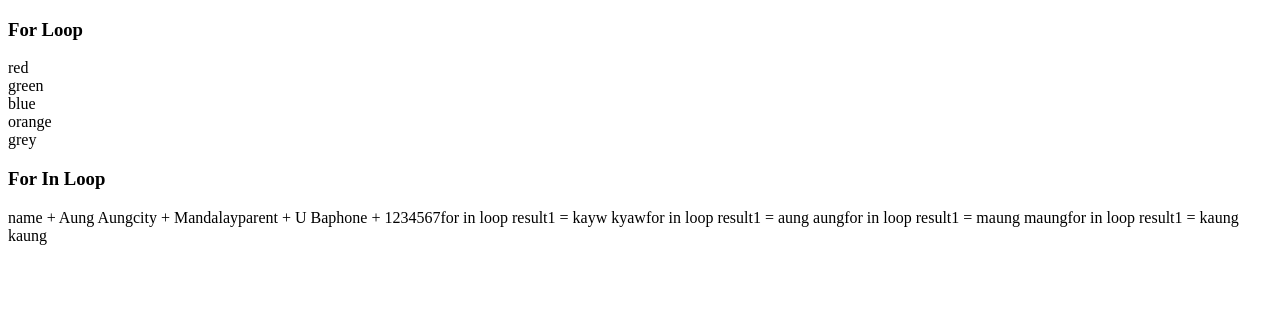
Repository: hsumyatm7308/es6batch1
Page: l3iteration.html
The author's editor kept a copy of each file at every save. The page is drawn from the files as they stood at one save, then again after the next save.
The browser window is 1280 px wide. The pictures show the whole page.

Above is the page before, as saved 2023-12-03 21:21:10.

After the next save:
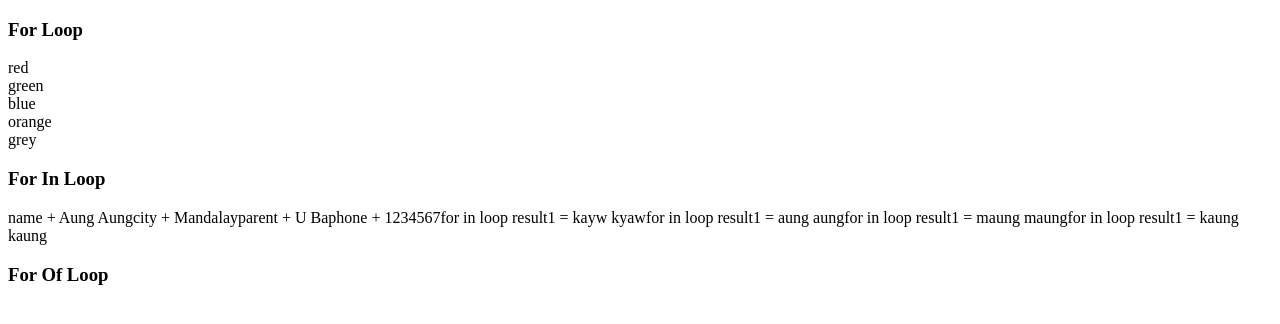
Saved 12 s later.
--- a/l3iteration.html
+++ b/l3iteration.html
@@ -61,6 +61,9 @@
             document.write("for in loop result1 = "+ ourteam[idx])
         }
 
+
+        document.write("<h3>For Of Loop</h3>")
+
         const members = ["su su","lu lu","nu nu","yu yu"]
 
     </script>
